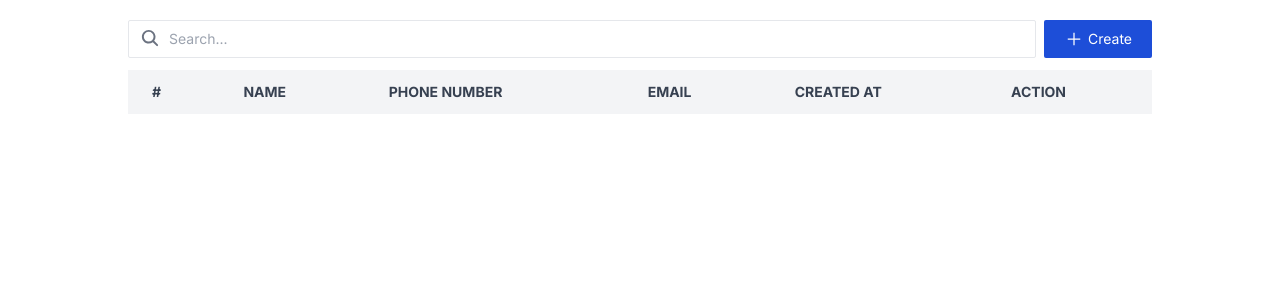
Repository: KilluaProject/crud-nextjs14
Page: /contacts
These files come from the project's save history. The page is drawn as it stood at one moment and after the next save; the edit follows.
The browser window is 1280 px wide. The pictures show the whole page.
The project was rebuilt for these pictures with package versions that can differ from the ones it lists, and the page was loaded fresh each time. The framework's server and built-in components were replaced by stand-ins that run in the browser. Also part of the build but not shown: next.config.mjs.

Above is the page before, as saved 2024-06-30 11:48:19.

After the next save:
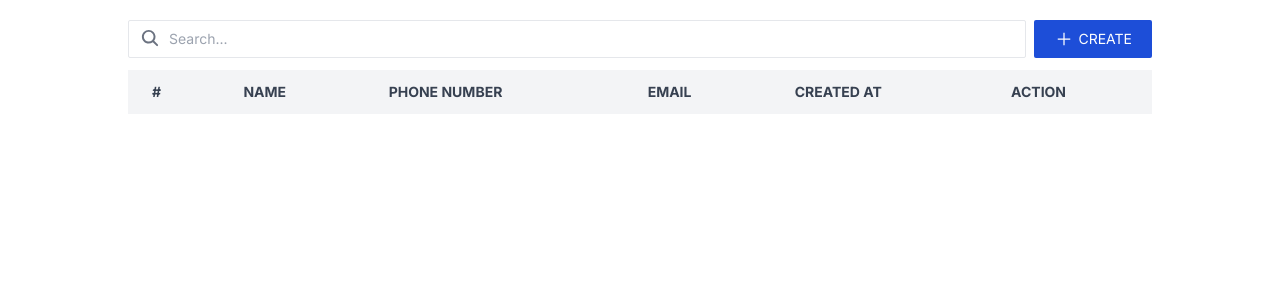
Saved 20 s later.
--- a/components/Button.tsx
+++ b/components/Button.tsx
@@ -6,7 +6,7 @@ export const CreateButton = () =>{
     return(
         <Link className="inline-flex items-center gap-1 text-white bg-blue-700 hover:bg-blue-800 px-5 py-[9px] rounded-sm text-sm" href="/contacts/create">
             <IoAddSharp size={20} />
-            Create
+            CREATE
         </Link>
     )
 }
